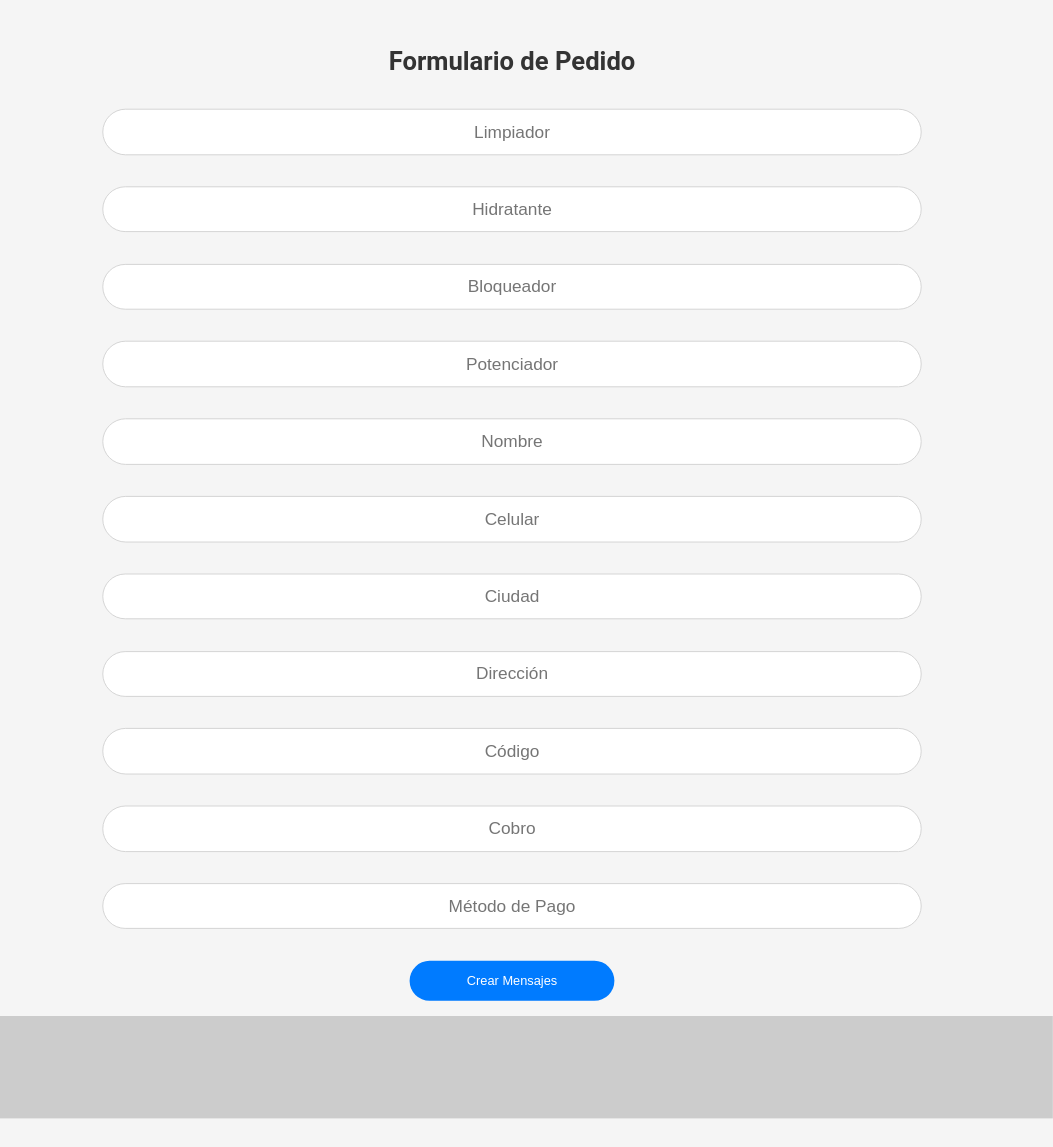
Repository: aCoupon0/intranet
Page: 1/venta-1.html
An editor plug-in stored every save of this project. The page is shown before and after the next save, followed by the edit.
The browser window is 1280 px wide. The page is 1316 px wide, so the pictures cover 1316 px, including what lies to the right of the window. The pictures show the whole page, at 80% of full size.

Above is the page before, as saved 2024-12-09 12:18:10.

After the next save:
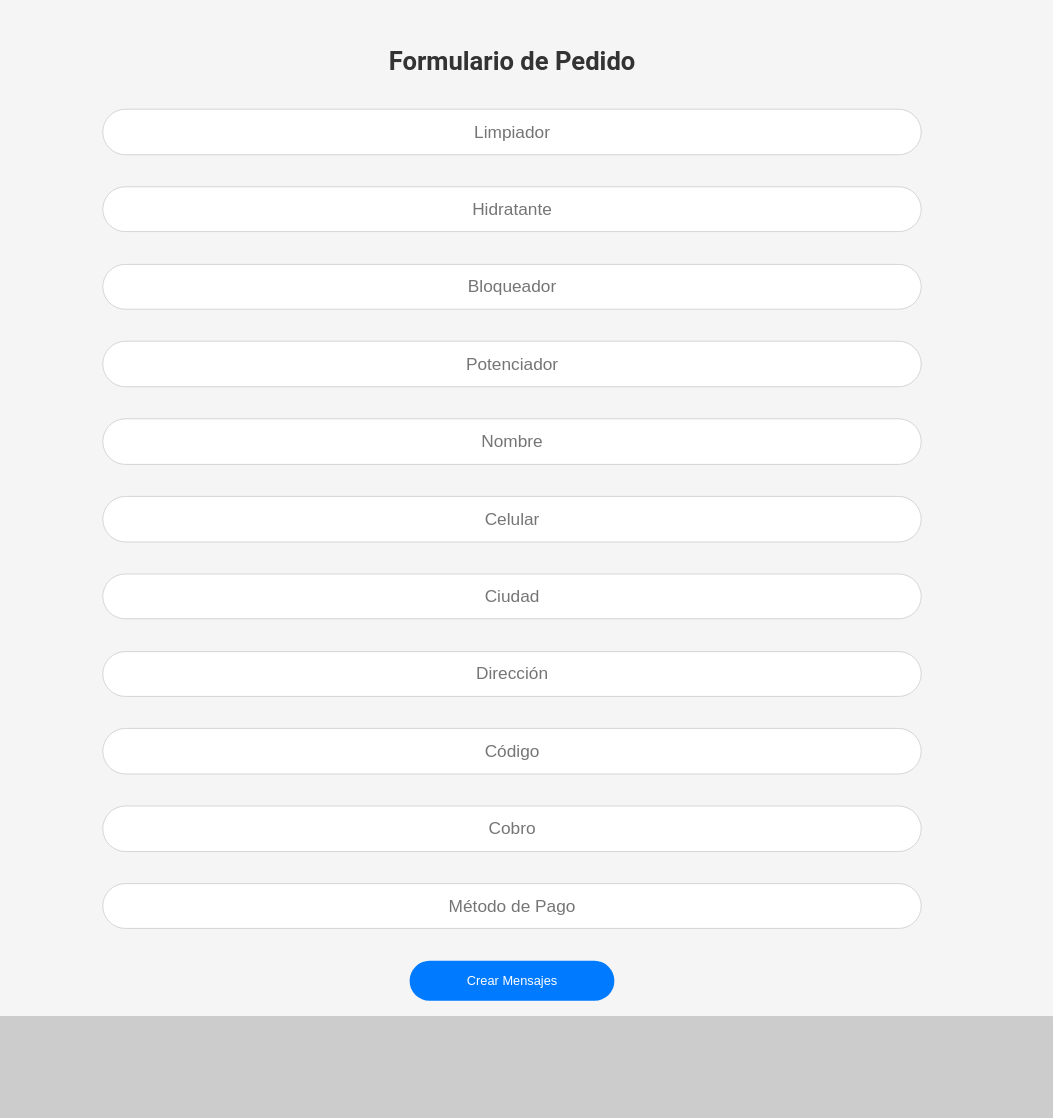
Saved 11 s later.
--- a/css/venta.css
+++ b/css/venta.css
@@ -11,7 +11,6 @@ body {
     color: #333;
     gap: 1.5vw;
     padding-top: 5vh;
-    padding-bottom: 5vh;
 }
 
 input {
